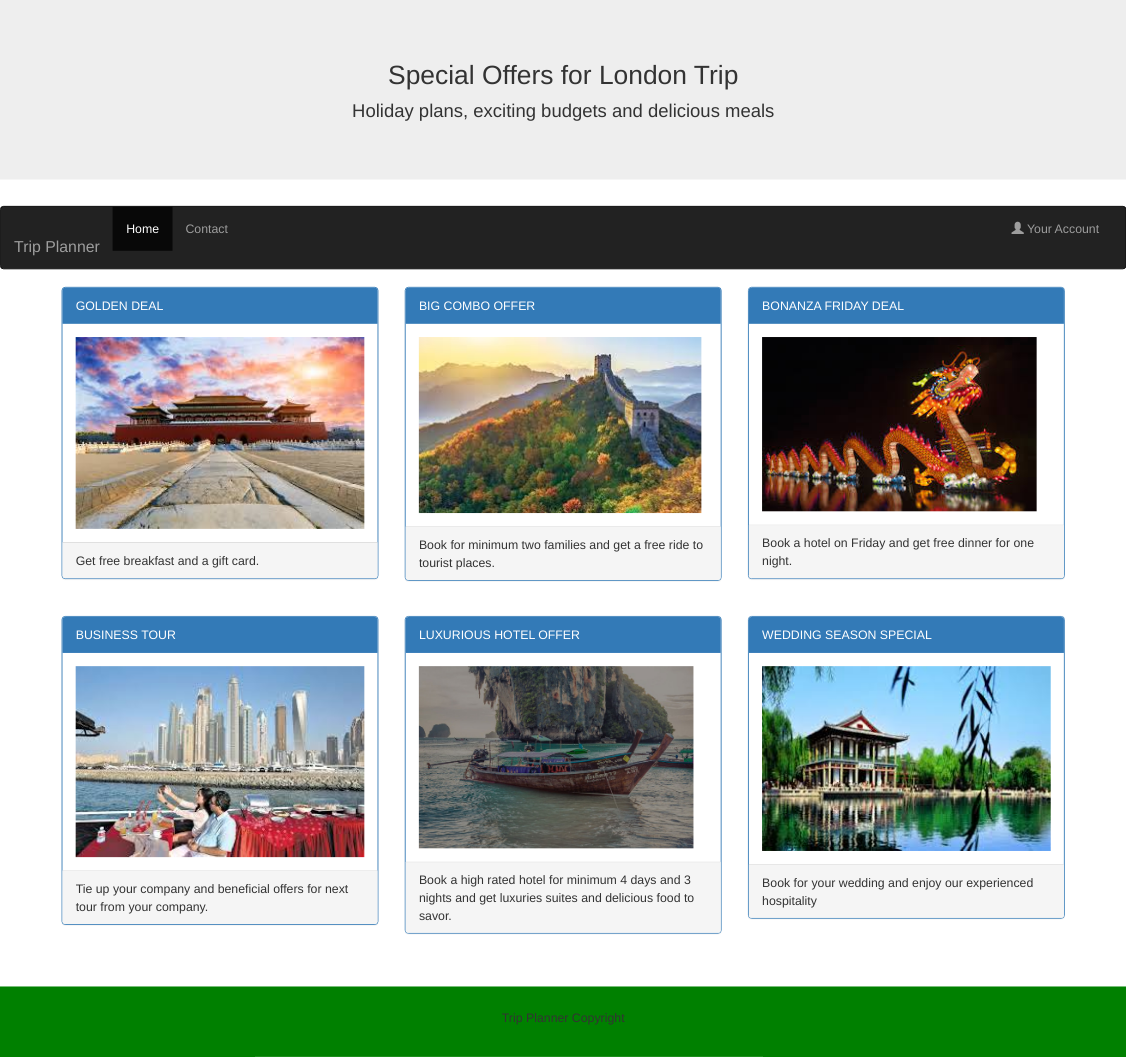
Repository: NanSin21/Mytourism-Website
Page: http://localhost/toursandtravelsmanagement/TripPlaces/CustomerChina.jsp
These files come from the project's save history. The page is drawn as it stood at one moment and after the next save; the edit follows.
The browser window is 1280 px wide. The pictures show the whole page, at 88% of full size.
The page is served by Tomcat 9. Other server files are loaded and not shown.

Above is the page before, as saved 2018-07-25 07:10:14.

### toursandtravelsmanagement/WebContent/TripPlaces/CustomerChina.jsp
<%@ page language="java" contentType="text/html; charset=ISO-8859-1"
    pageEncoding="ISO-8859-1"%>
<!DOCTYPE html PUBLIC "-//W3C//DTD HTML 4.01 Transitional//EN" "http://www.w3.org/TR/html4/loose.dtd">
<html>
<head>
<meta http-equiv="Content-Type" content="text/html; charset=ISO-8859-1">
<title>China Trip Package</title>
<!-- <meta charset="utf-8"> -->
  <meta name="viewport" content="width=device-width, initial-scale=1">
  <link rel="stylesheet" href="https://maxcdn.bootstrapcdn.com/bootstrap/3.3.7/css/bootstrap.min.css">
  <script src="https://ajax.googleapis.com/ajax/libs/jquery/3.3.1/jquery.min.js"></script>
  <script src="https://maxcdn.bootstrapcdn.com/bootstrap/3.3.7/js/bootstrap.min.js"></script>
  <style>
  .navbar{
  margin-nottom= 50px;
  border-radius= 0;
  }
  .jumbotron{
   margin-bottom= 0;
   }
   footer{
   background: green;
   padding: 25px;
   }
   </style>
</head>
<body>

<div class="jumbotron">
  <div class="container text-center">
   <h2>Special Offers for London Trip</h2>
     <p>Holiday plans, exciting budgets and delicious meals</p>
  </div>
</div>

<nav class="navbar navbar-inverse">
  <div class="container-fluid">
      <div class="navbar-header">
        <button type="button" class="navbar-toggle" data-toggle="collapse" data-target="#myNavbar">
        <span class="icon-bar"></span>
        <span class="icon-bar"></span>
        <span class="icon-bar"></span>
        </button>
        <h1><a class="navbar-brand" href="CustomerHome.jsp">Trip Planner</a></h1>
      </div>
      <div class="collapse navbar-collapse" id="myNavbar">
      <ul class="nav navbar-nav">
        <li class="active"><a href="TripPlaces/CustomerLondon.jsp">Home</a></li>
       <!--  <li><a href="registration.jsp">Register</a></li>
        <li><a href="login.jsp">Login</a></li> -->
        <li><a href="contact.jsp">Contact</a></li>
      </ul>
      <ul class="nav navbar-nav navbar-right">
        <li><a href="profile.jsp"><span class="glyphicon glyphicon-user"></span> Your Account</a></li>
       <!--  <li><a href="budget.html">Budget Details</a></li> -->
      <!--   <li><a href="#"><span class="glyphicon glyphicon-shopping-cart"></span> Cart</a></li> -->
      </ul>
    </div>
  </div>
</nav>


   <div class="container">
  <div class="row">
    <div class="col-sm-4">
      <div class="panel panel-primary">
        <div class="panel-heading">GOLDEN DEAL</div>
        <div class="panel-body"><img src="images/download.jpeg" class="img-responsive" style="width:100%" alt="Image"></div>
        <div class="panel-footer">Get free breakfast and a gift card.</div>
      </div>
    </div>
    <div class="col-sm-4">
      <div class="panel panel-primary">
        <div class="panel-heading">BIG COMBO OFFER</div>
        <div class="panel-body"><img src="images/download (1).jpeg" class="img-responsive" style="width:98%" alt="Image"></div>
        <div class="panel-footer">Book for minimum two families and get a free ride to tourist places.</div>
      </div>
    </div>
    <div class="col-sm-4">
      <div class="panel panel-primary">
        <div class="panel-heading">BONANZA FRIDAY DEAL</div>
        <div class="panel-body"><img src="images/download (2).jpeg" class="img-responsive" style="width:95%" alt="Image"></div>
        <div class="panel-footer">Book a hotel on Friday and get free dinner for one night.</div>
      </div>
    </div>
  </div>
</div><br>

<div class="container">
  <div class="row">
    <div class="col-sm-4">
      <div class="panel panel-primary">
        <div class="panel-heading">BUSINESS TOUR</div>
        <div class="panel-body"><img src="images/restaurant.jpeg" class="img-responsive" style="width:100%" alt="Image"></div>
        <div class="panel-footer">Tie up your company and beneficial offers for next tour from your company.</div>
      </div>
    </div>
    <div class="col-sm-4">
      <div class="panel panel-primary">
        <div class="panel-heading">LUXURIOUS HOTEL OFFER</div>
        <div class="panel-body"><img src="images/2.jpg" class="img-responsive" style="width:95%" alt="Image"></div>
        <div class="panel-footer">Book a high rated hotel for minimum 4 days and 3 nights and get luxuries suites and delicious food to savor.</div>
      </div>
    </div>
    <div class="col-sm-4">
      <div class="panel panel-primary">
        <div class="panel-heading">WEDDING SEASON SPECIAL</div>
        <div class="panel-body"><img src="images/resort.jpeg" class="img-responsive" style="width:100%" alt="Image"></div>
        <div class="panel-footer">Book for your wedding and enjoy our experienced hospitality</div>
      </div>
    </div>
  </div>
</div><br><br>

<footer class="container-fluid text-center">
  <p>Trip Planner Copyright</p>
 <!--  <form action="LoginServlet" method="post" class="form-inline">Get deals:
    <input type="email" class="form-control" size="50" name="email" placeholder="Email Address">
     <input type="password" placeholder="Enter Password" name="password" required>
    <button type="submit" class="btn btn-danger">Sign Up</button>
  </form> -->
</footer>
</body>
</html>

After the next save:
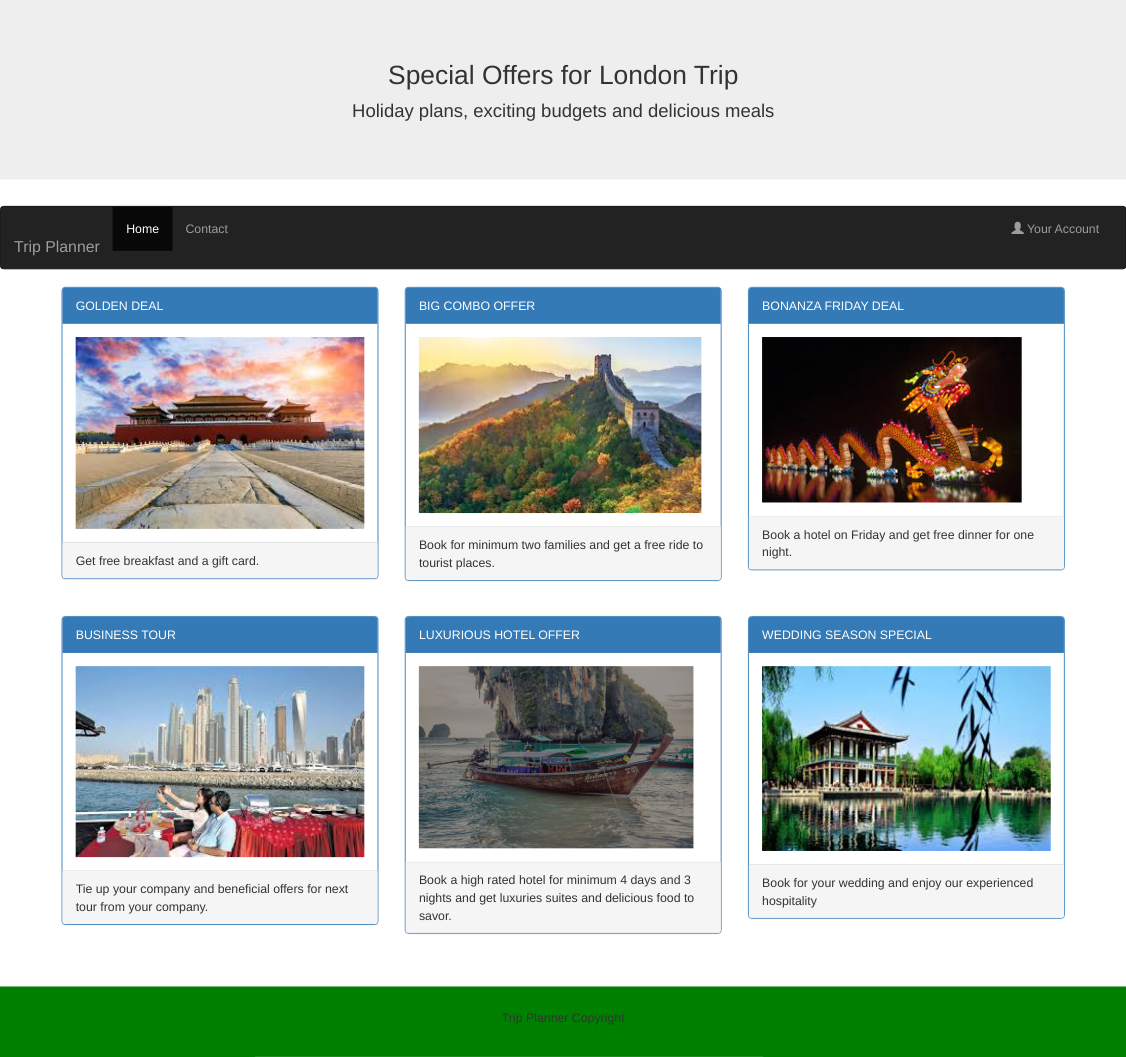
Saved 15 s later.
--- a/toursandtravelsmanagement/WebContent/TripPlaces/CustomerChina.jsp
+++ b/toursandtravelsmanagement/WebContent/TripPlaces/CustomerChina.jsp
@@ -79,7 +79,7 @@
     <div class="col-sm-4">
       <div class="panel panel-primary">
         <div class="panel-heading">BONANZA FRIDAY DEAL</div>
-        <div class="panel-body"><img src="images/download (2).jpeg" class="img-responsive" style="width:95%" alt="Image"></div>
+        <div class="panel-body"><img src="images/download (2).jpeg" class="img-responsive" style="width:90%" alt="Image"></div>
         <div class="panel-footer">Book a hotel on Friday and get free dinner for one night.</div>
       </div>
     </div>

After the save that followed:
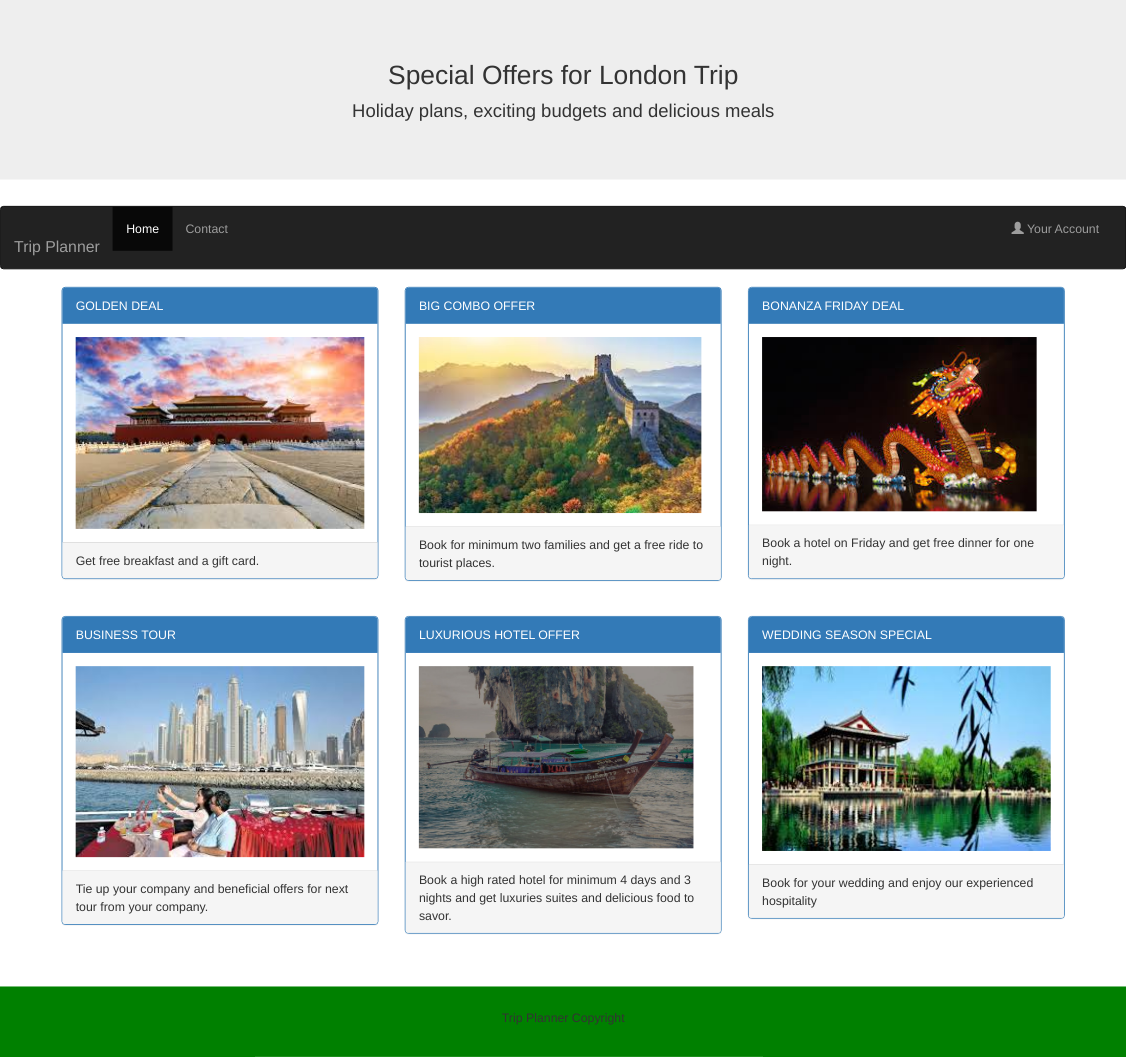
Saved 11 s later.
--- a/toursandtravelsmanagement/WebContent/TripPlaces/CustomerChina.jsp
+++ b/toursandtravelsmanagement/WebContent/TripPlaces/CustomerChina.jsp
@@ -79,7 +79,7 @@
     <div class="col-sm-4">
       <div class="panel panel-primary">
         <div class="panel-heading">BONANZA FRIDAY DEAL</div>
-        <div class="panel-body"><img src="images/download (2).jpeg" class="img-responsive" style="width:90%" alt="Image"></div>
+        <div class="panel-body"><img src="images/download (2).jpeg" class="img-responsive" style="width:95%" alt="Image"></div>
         <div class="panel-footer">Book a hotel on Friday and get free dinner for one night.</div>
       </div>
     </div>
